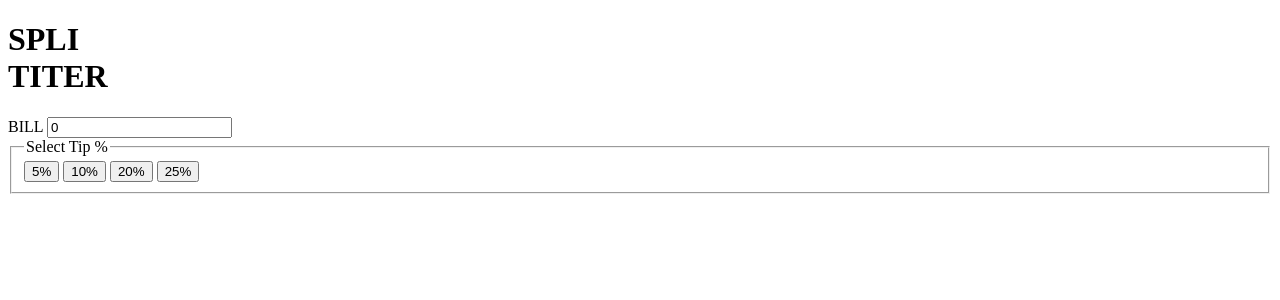
Repository: kellyjohanasalb/calduladora
Page: index.html
The author's editor kept a copy of each file at every save. The page is drawn from the files as they stood at one save, then again after the next save.
The browser window is 1280 px wide. The pictures show the whole page.

Above is the page before, as saved 2023-08-15 21:13:14.

### index.html
<!DOCTYPE html>
<html lang="en">
<head>
    <meta charset="UTF-8">
    <meta name="viewport" content="width=, initial-scale=1.0">
    <title>Calculadora</title>
</head>
<body>
    <header class="header">
        <h1 class="header__title">SPLI <br> TITER</h1>
    </header>
    <section class="calculator-container">
        <div class="inputs-section">
            <label for="bill" class="inputs-section__bill-label">BILL</label>
            <input id="bill"  class="inputs-section__bill-input" type="nukber"  value="0">

            <fieldset clas="btns">
                <legend class="btns__legend">Select Tip %</legend>
                <button class="btns__button" >5%</button>
                <button class="btns__button">10%</button>
                <button class="btns__button btns__button--selected>15%</button>
                <button class="btns__button">20%</button>
                <button class="btns__button">25%</button>
            </fieldset>
        </div>
        <div class="result-section">

        </div>
    </section>
</body>
</html>

After the next save:
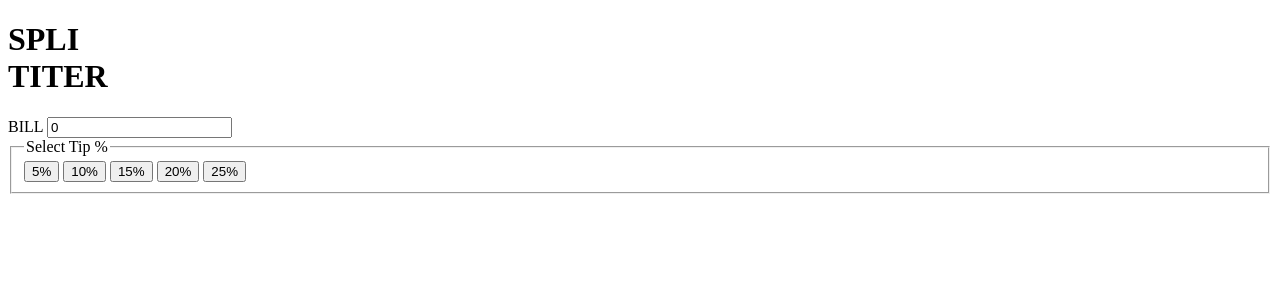
Saved 7 s later.
--- a/index.html
+++ b/index.html
@@ -18,7 +18,7 @@
                 <legend class="btns__legend">Select Tip %</legend>
                 <button class="btns__button" >5%</button>
                 <button class="btns__button">10%</button>
-                <button class="btns__button btns__button--selected>15%</button>
+                <button class="btns__button btns__button--selected">15%</button>
                 <button class="btns__button">20%</button>
                 <button class="btns__button">25%</button>
             </fieldset>
